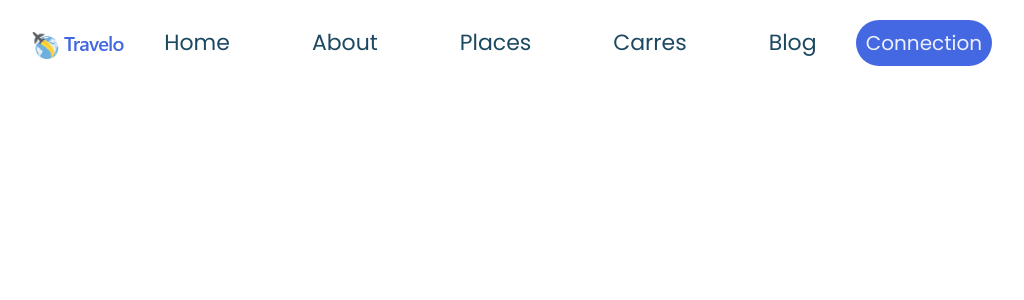
Repository: kuluong2000/travel
Page: index.html
The author's editor kept a copy of each file at every save. The page is drawn from the files as they stood at one save, then again after the next save.
The browser window is 1024 px wide. The pictures show the whole page.
The style sheet was rebuilt from its Sass, Less or Tailwind sources for each picture, by a compiler version that may differ from the author's.

Above is the page before, as saved 2021-09-03 21:57:06.

After the next save:
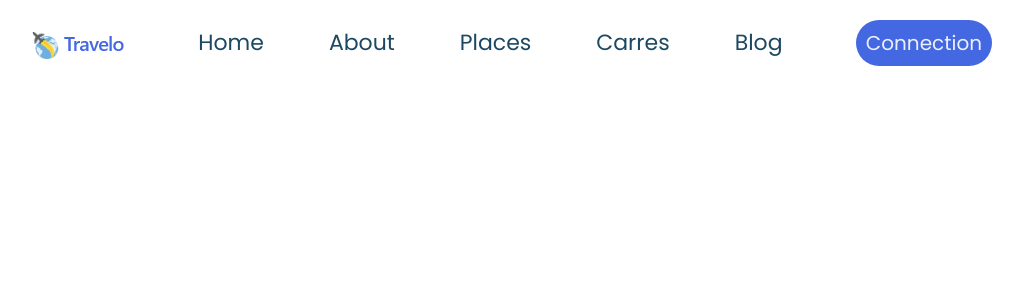
Saved 27 s later.
--- a/assets/css/responsive.css
+++ b/assets/css/responsive.css
@@ -11,7 +11,9 @@
 
 }
 @media (min-width:992px) and (max-width:1199px){
-
+    .header__menu__item:not(:first-child) {
+    margin-left: 65px;
+}
 }
 @media (min-width:768px) and (max-width:991px){
 
